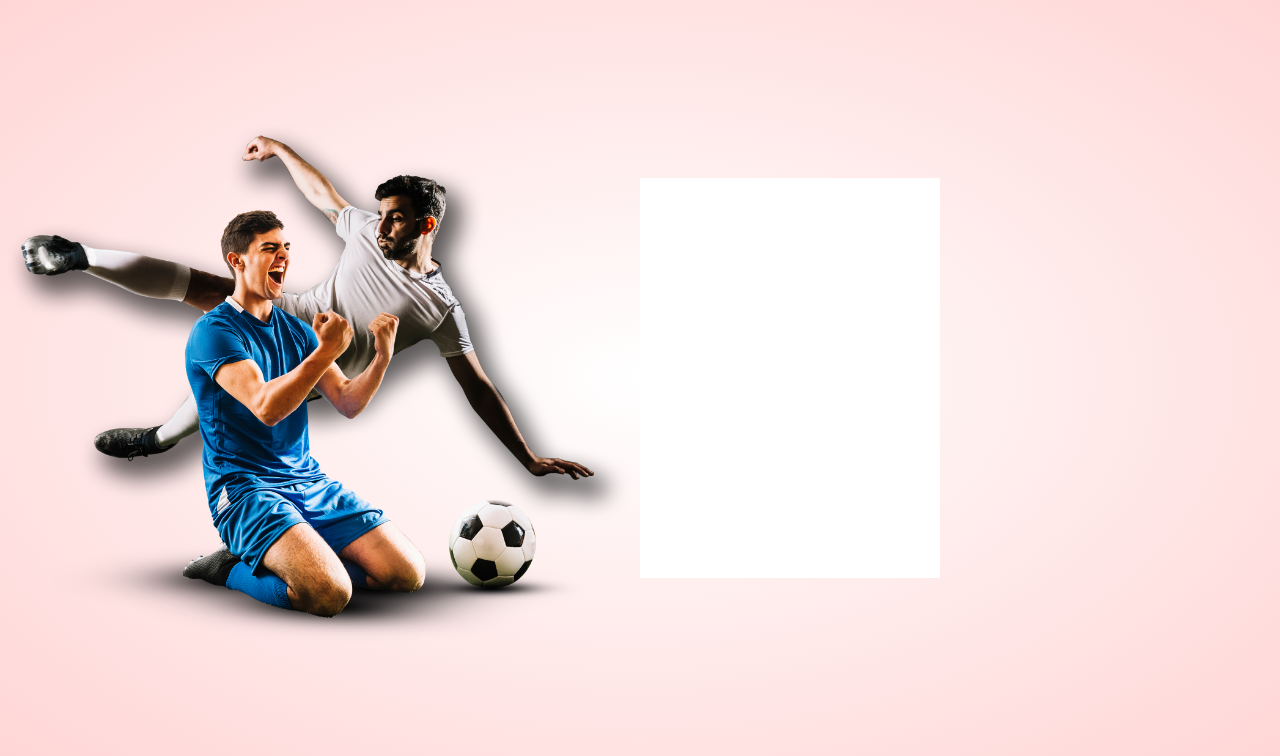
Repository: ritikalohia/tepid-frontend
Page: account.html
An editor plug-in stored every save of this project. The page is shown before and after a run of saves, followed by the edit.
The browser window is 1280 px wide. The pictures show the whole page.

Above is the page before, as saved 2021-06-09 12:21:45.

### account.html
<!DOCTYPE html>
<html lang="en">
<head>
    <meta charset="UTF-8">
    <meta http-equiv="X-UA-Compatible" content="IE=edge">
    <meta name="viewport" content="width=device-width, initial-scale=1.0">
    <link rel="stylesheet" href="style.css">
    <title>Document</title>
</head>
<body>
    <!---account page------>
    <div class="account-page">
        <div class="row">
            <div class="col-2">
                <img src="images/image1.png" width="100%" alt="">
            </div>
            <div class="col-2">
                <div class="form-container">

                </div>
            </div>

        </div>
    </div>


</body>
</html>

### style.css


*{
    margin: 0;
    padding: 0;
    box-sizing: border-box;
}

body{
    font-family: 'Poppins', sans-serif;
}

.navbar{
    display: flex;
    align-items: center;
    padding: 20px;
}

nav{
    flex: 1;
    text-align: right;
}

nav ul{
    display: inline-block;
    list-style-type: none;
}

nav ul li{
    display: inline-block;
    margin-right: 20px;
}

a{
    text-decoration: none;
    color: #555;
}

p{
    color: #555;
}

.container{
    max-width: 1300px;
    margin: auto;
    padding-left: 25px;
    padding-right: 25px;
}

.row{
    display: flex;
    align-items: center;
    flex-wrap: wrap;
    justify-content: space-around;
}

.col-2{
    flex-basis: 50%;
    min-width: 300px;
}

.col-2 img{
    max-width:100%;
    padding: 50px 0;
}

.col-2 h1{
    font-size: 50px;
    line-height: 60px;
    margin: 25px 0;
}

.btn{
    display: inline-block;
    background: #ff523b;
    color: #fff;
    margin: 30px 0;
    padding: 8px 30px;
    border-radius: 30px;
    transition: background 0.5s;
}

.btn:hover{
     background: #563434;
}

.header{
    background: radial-gradient(#fff, #ffd6d6);
}

.header .row{
    margin-top: 70px;
}

.categories{
    margin: 70px 0;
}

.col-3{
    flex-basis: 30%;
    min-width: 250px;
    margin-bottom: 30px;
}

.col-3 img{
    width: 100%;
}

.small-container{
    max-width: 1080px;
    margin: auto;
    padding-right: 25px;
    padding-left: 25px;
}

.col-4{
    flex-basis: 25%;
    padding: 10px;
    min-width: 200px;
    margin-bottom: 50px;
    transition: transform 0.5s;
}

.col-4 img{
    width: 100%;
}

.title{
    text-align: center;
    margin: 0 auto 80px;
    position: relative;
    line-height: 60px;
    color: #555;
}

.title::after{
    content: '';
    background: #ff523b;
    width: 80px;
    height: 5px;
    border-radius: 5px;
    position: absolute;
    bottom: 0;
    left: 50%;
    transform: translateX(-50%);
}

.title h4{
    color: #555;
    font-weight: normal;
}

.col-4 p{
    font-size: 14px;
}

.rating .fa{
    color: #ff523b;
}

.col-4:hover{
    transform: translateY(-5px);
}

/*----offer----*/
.offer{
    background: radial-gradient(#fff, #ffd6d6);
    margin-top: 80px;
    padding: 30px 0;
}

.col-2 .offer-img{
    padding: 50px;
}

small{
    color: #555;
}

/*Testimonial*/

.testimonial .col-3{
    text-align: center;
    padding: 40px 20px;
    box-shadow: 0 0 20px 0px rgba(0, 0, 0, 0.1);
    cursor: pointer;
    transition: transform 0.5s;
}

.testimonial .col-3 img{
    width: 50px;
    margin-top: 20px;
    border-radius: 50%;
}

.testimonial .col-3:hover{
    transform: translateY(-10px);
}

.fa.fa-qoute-left{
    font-size: 34px;
    color: #ff523b;
}

.col-3 p{
    font-size: 12px;
    margin: 12px 0;
    color: #777;
}

.testimonial .col-4 h3{
    font-weight: 600;
    color:#555;
    font-size: 16px;
}

/*-----------brands--------------*/
.brands{
    margin: 100px auto;
}

.col-5{
    width: 160px;
}

.col-5 img{
    width: 100%;
    cursor: pointer;
    filter: grayscale(100%);
}

.col-5 img:hover{
    filter: grayscale(0);
}


/*-------------footer---------------*/

.footer{
    background: #000;
    color: #8a8a8a;
    font-size: 14px;
    padding: 60px 0 20px;
}

.footer p {
    color: #8a8a8a;
}

.footer h3{
    color: #fff;
    margin-bottom: 20px;
}

.footer-col-1, .footer-col-2, .footer-col-3, .footer-col-4{
    min-width: 250px;
    margin-bottom: 20px;
}

.footer-col-1{
    flex-basis: 30%;
}

.footer-col-2{
    flex: 1;
    text-align: center;
}

.footer-col-2 img{
    width: 180px;
    margin: 20px;
}

.footer-col-3, .footer-col-4{
    flex-basis: 12%;
    text-align: center;
}

ul{
    list-style-type: none;
}

.app-logo{
    margin-top: 20px;
}

.app-logo img{
    width: 140px;
}

.footer hr{
    border: none;
    background: #b5b5b5;
    margin: 20px 0;
    height: 1px;
}

.copyright{
     text-align: center;
}

.menu-icon{
    width: 28px;
    margin-left: 20px;
    display: none;
}


/*-------------media query-------------*/
@media only screen and (max-width:800px){
    nav ul{
        position: absolute;
        top: 70px;
        left: 0;
        background: #333;
        width: 100%;
        overflow: hidden;
        transition: max-height 0.5s;
    }

    nav ul li{
        display: block;
        margin-right: 50px;
        margin-top: 10px;
        margin-bottom: 10px;
    }

    nav ul li a{
        color: #fff;
    }

    .menu-icon{
        display: block;
        cursor: pointer;
    }
}

/* media query for less than 600 screen size */
@media only screen and (max-width:600px){
    .row{
        text-align: center;
    }

    .col-2, .col-3, .col-4{
        flex-basis: 100%;
    }
}




/*  all products page  */
.row-2{
    justify-content: space-between;
    margin: 100px auto 50px;
}

select{
    border: 1px solid #ff523b;
    padding: 5px;
}

select:focus{
    outline: none;
}

.page-btn{
    margin: 0 auto 80px;
}

.page-btn span{
    display: inline-block;
    border: 1px solid #ff523b;
    margin-left: 10px;
    width: 40px;
    height: 40px;
    text-align: center;
    line-height: 40px;
    cursor: pointer;
}


.page-btn span:hover{
    background: #ff523b;
    color: #fff;
}



/*--------Product page---------*/
.single-product{
    margin-top: 80px;
}

.single-product .col-2 img{
    padding: 0;
}

.single-product .col-2{
    padding: 20px;
}

.single-product h4{
    margin: 20px 0;
    font-size: 22px;
    font-weight: bold;
}

.single-product select{
    display: block;
    padding: 10px;
    margin-top: 20px;
}

.single-product input{
    width: 50px;
    height: 40px;
    padding-left: 10px;
    font-size: 20px;
    margin-right: 10px;
    border: 1px solid #ff523b;
}

input:focus{
    outline: none;
}

.single-product .fa{
    color: #ff523b;
    margin-left:  10px;
}

.small-img-row{
    display: flex;
    justify-content: space-around;
}

.small-img-col{
    flex-basis: 24%;
    cursor: pointer;
}

@media only screen and (max-width:600px){

    .single-product{
        text-align: left;
    }

    .single-product .col-2{
        padding: 20px 0;
    }
    .single-product h1{
        font-size: 26px;
        line-height: 22px;
    }
}


/*-------cart items------*/
.cart-page{
    margin: 80px auto;
}

table{
    width: 100%;
    border-collapse: collapse;
}

.cart-info{
    display: flex;
    flex-wrap: wrap;
}

th{
    text-align: left;
    padding: 5px;
    color: #fff;
    background: #ff523b;
    font-weight: normal;
}

td{
    padding: 10px 5px;
}

td input{
    width: 40px;
    height: 30px;
    padding: 5px;
}

td a{
    color: #ff523b;
    font-size: 12px;
}

td img{
    width: 80px;
    height: 80px;
    margin-right: 10px;
}

.total-price{
    display: flex;
    justify-content: flex-end;
}

.total-price table{
    border-top: 3px solid #ff523b;
    width: 100%;
    max-width: 400px;
}

td:last-child{
    text-align: right;
}

th:last-child{
    text-align: right;
}

@media only screen and (max-width:600px){
    .cart-info p{
        display: none;
    }
}



/* account page */
.account-page{
    padding: 50px 0;
    background: radial-gradient(#fff, #ffd6d6);
}

.form-container{
    background: #fff;
    width: 300px;
    height: 400px;
    position: relative;
    text-align: center;
    padding: ;
}

After the next 5 saves:
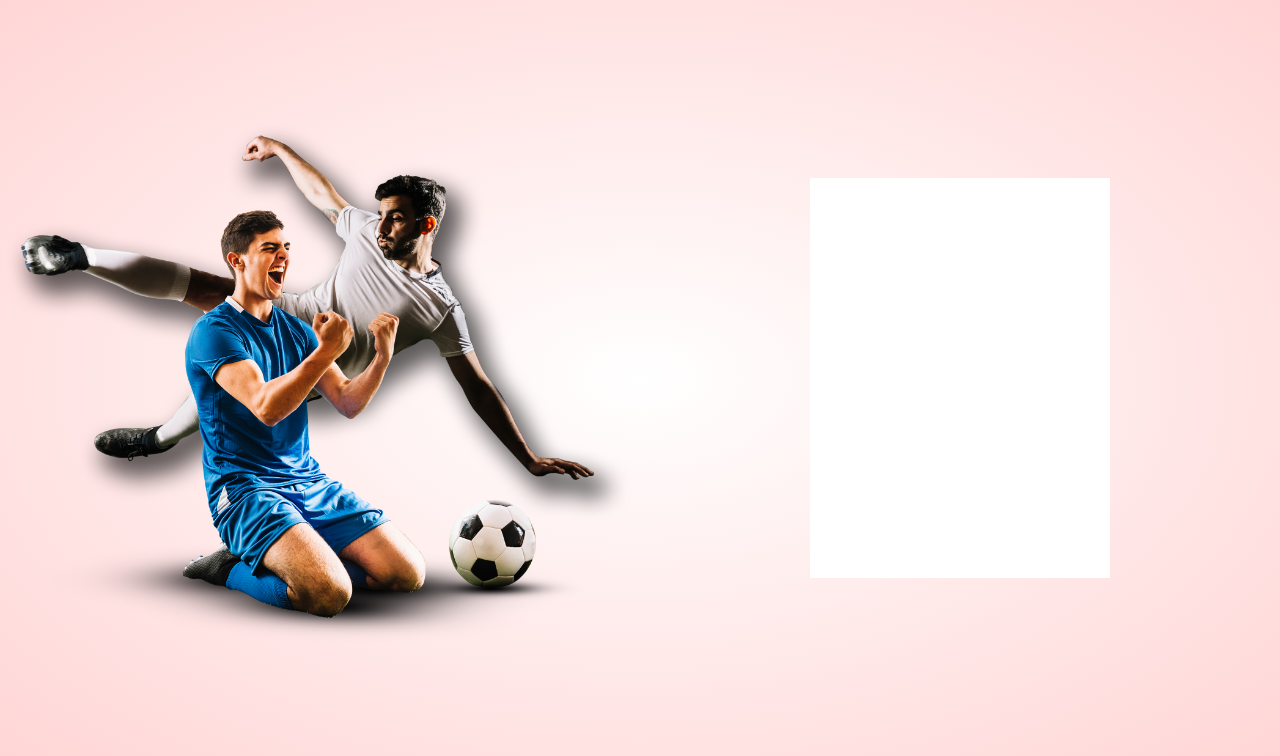
The 5 saves are shown as one change because they came seconds apart.
The last was saved 14 s later.
--- a/style.css
+++ b/style.css
@@ -539,5 +539,7 @@ th:last-child{
     height: 400px;
     position: relative;
     text-align: center;
-    padding: ;
-}
+    padding: 20px 0;
+    margin: auto;
+    box
+}
